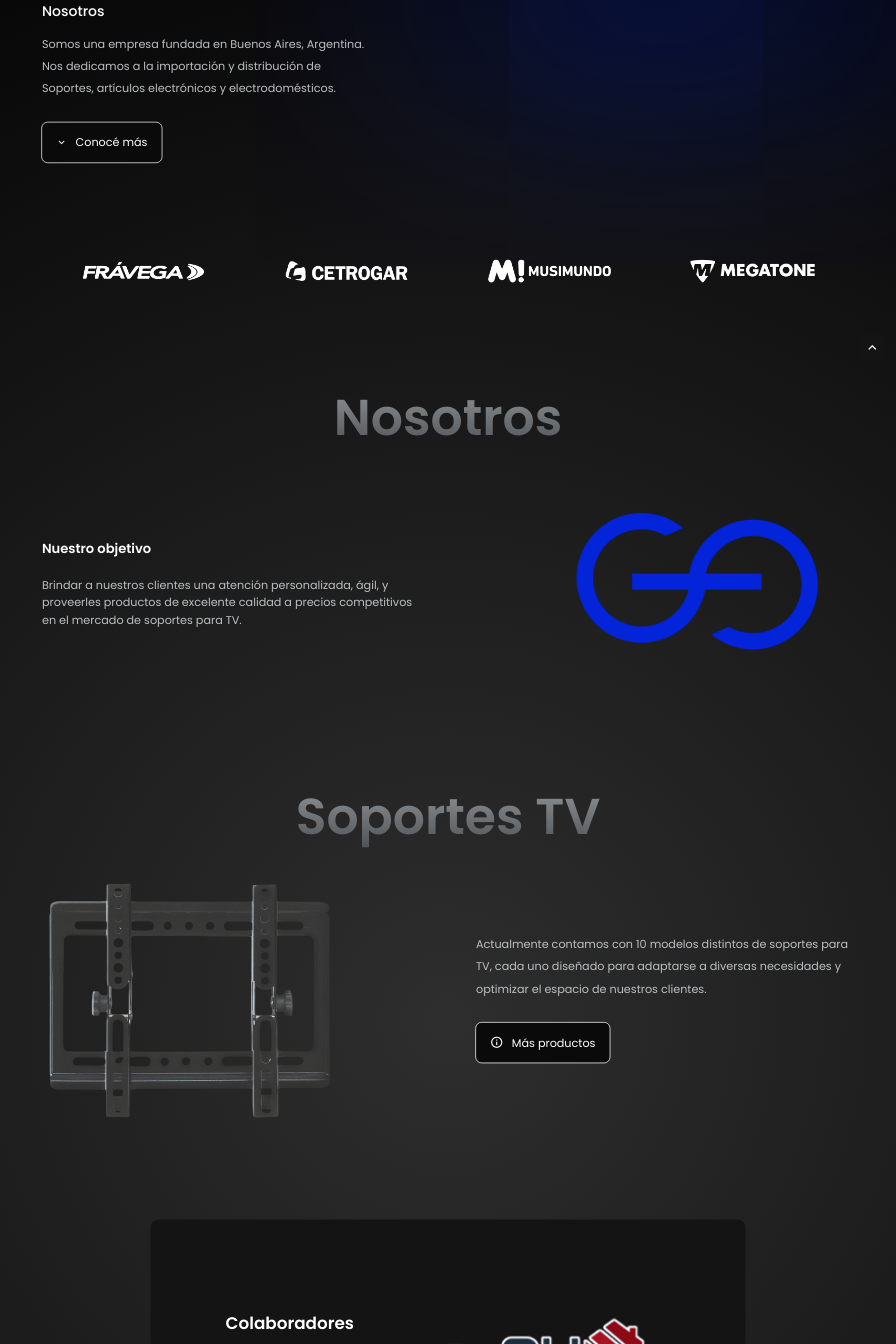
Repository: ramirocasta00/gyg
Page: index.html
An editor plug-in stored every save of this project. The page is shown before and after the next save, followed by the edit.
The browser window is 1280 px wide. The pictures show the part of the page from y = 350 to 2270 px (the page is 3612 px tall before and 3994 px after), at 70% of full size.

Above is the page before, as saved 2024-11-09 10:18:17.

After the next save:
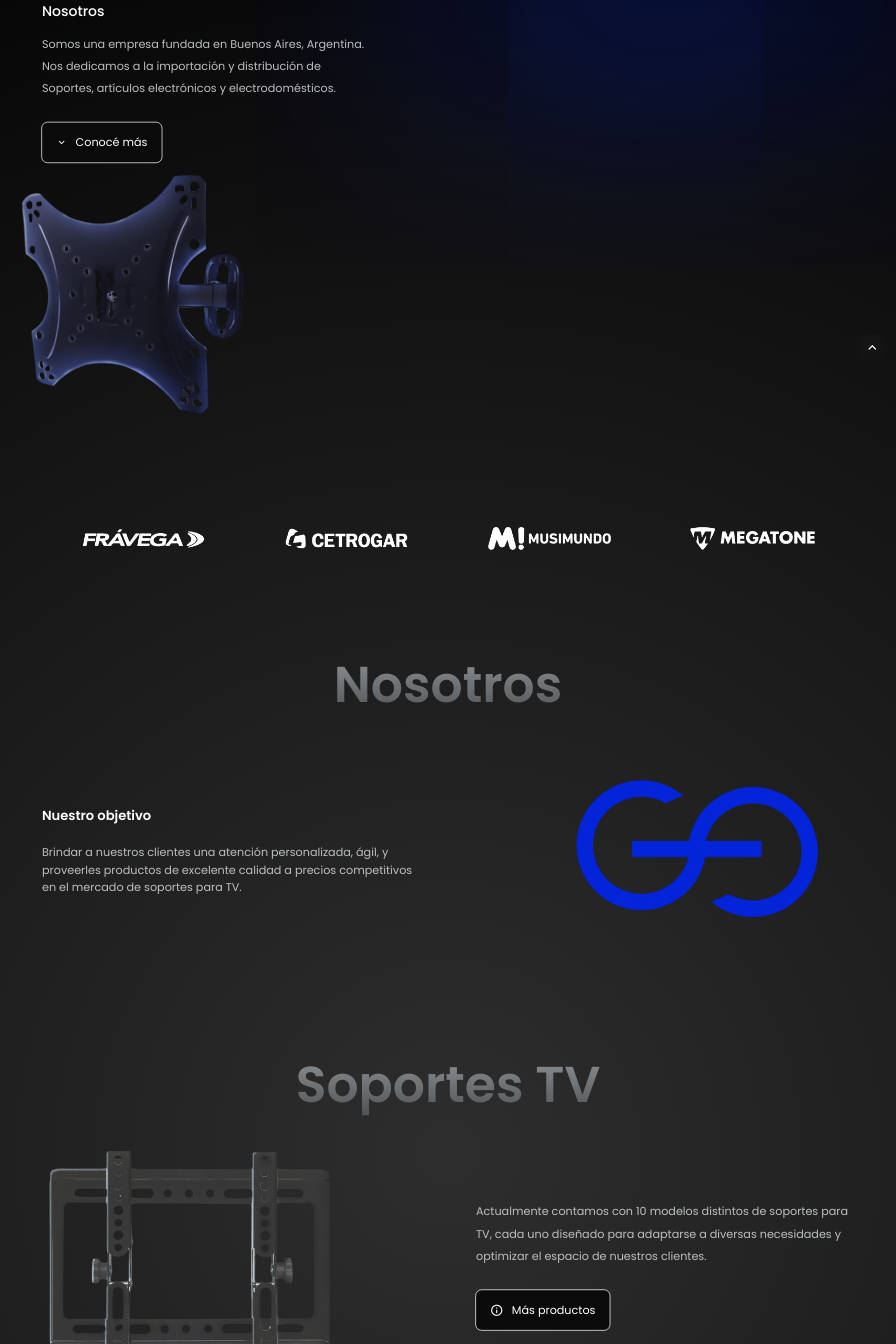
Saved 6 s later.
--- a/index.html
+++ b/index.html
@@ -75,6 +75,13 @@
                     </div>
                     <span class="blur"></span>
                 </div>
+
+                <div class="home__img">
+                    <a href="#">
+                        <img src="assets/img/home.png" alt="Home Image">
+                    </a>
+                </div>
+
             </section>
 
             <!--=============== SPONSOR ===============-->
